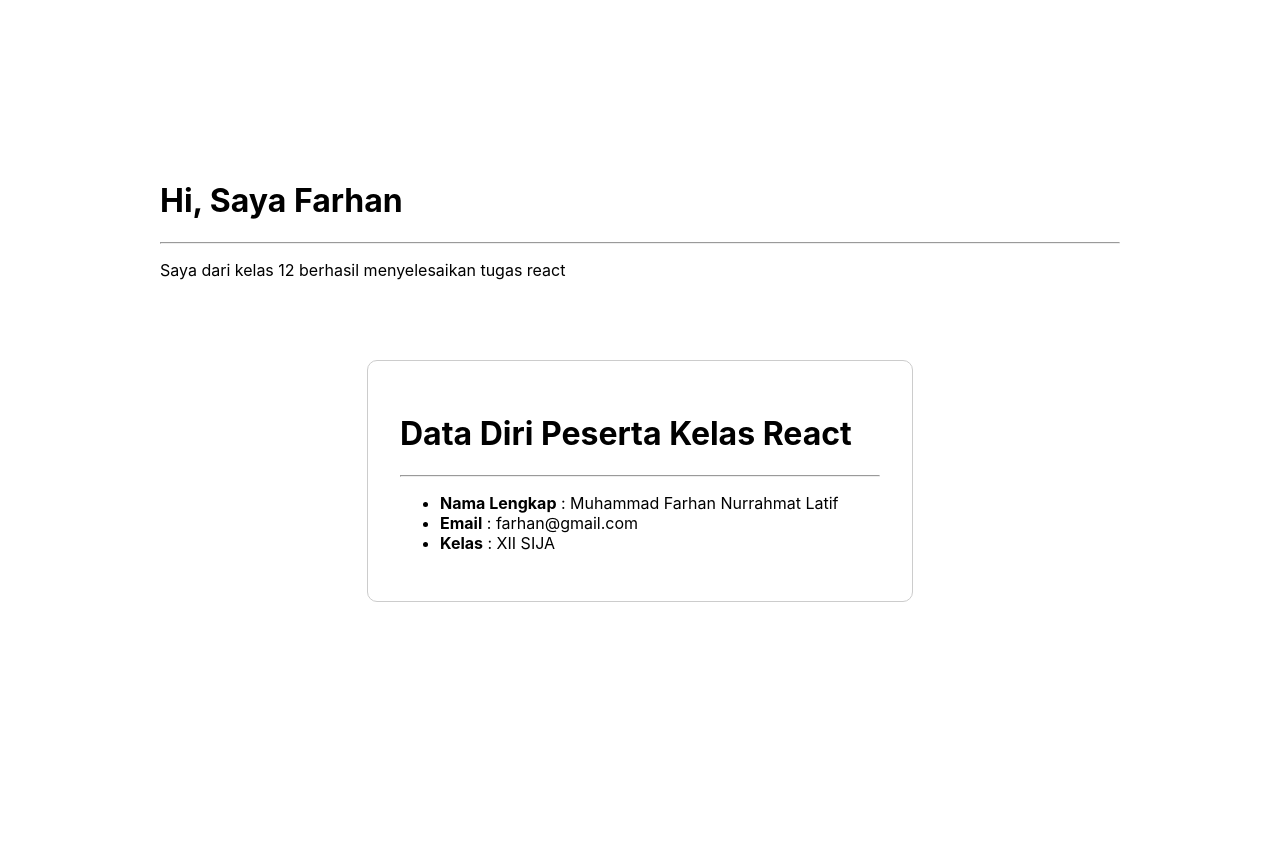
Repository: mfarhannr/Tugas-Reactjs_Farhan
Page: /
An editor plug-in stored every save of this project. The page is shown before and after the next save, followed by the edit.
The browser window is 1280 px wide. The pictures show the whole page.
The project was rebuilt for these pictures with package versions that can differ from the ones it lists, and the page was loaded fresh each time.

Above is the page before, as saved 2024-05-03 15:43:06.

### src/App.js
import './App.css';
import Tugas6 from "./tugas6/tugas6";
// import Welcome from "./WelcomeComponent";
import Tugas7 from './tugas7/tugas7';

function App() {
  return (
    <div className="App">
      <div className="Card6">
        <Tugas6 />
      </div>
      <div className="Card7">
        <Tugas7
          name="Muhammad Farhan Nurrahmat Latif"
          email="farhan@gmail.com"
          kelas="XII SIJA"
        />
      </div>
    </div>
  );
}

export default App;

### src/App.css
.App {
  padding: 10rem;
}

.Content {
  border: 1px solid #ccc;
  border-radius: 10px;
  padding: 2em;
  margin: 2em auto;
  width: 50%;
  box-shadow: 2px 3px 5px #888888;
}

span {
  font-size:bold;
}

.Card7 {
  border: 1px solid #ccc;
  border-radius: 10px;
  padding: 2em;
  margin: 5em auto;
  width: 50%;
}

.App-logo {
  height: 40vmin;
  pointer-events: none;
}

@media (prefers-reduced-motion: no-preference) {
  .App-logo {
    animation: App-logo-spin infinite 20s linear;
  }
}

.App-header {
  background-color: #282c34;
  min-height: 100vh;
  display: flex;
  flex-direction: column;
  align-items: center;
  justify-content: center;
  font-size: calc(10px + 2vmin);
  color: white;
}

.App-link {
  color: #61dafb;
}

@keyframes App-logo-spin {
  from {
    transform: rotate(0deg);
  }
  to {
    transform: rotate(360deg);
  }
}

### src/tugas6/tugas6.js
import React from "react";

function Tugas6() {
    return (
      <div className="Card1">
        <h1>Hi, Saya Farhan</h1>
        <hr></hr>
        <p>Saya dari kelas 12 berhasil menyelesaikan tugas react</p>
      </div>
    );
}

export default Tugas6;

### src/tugas7/tugas7.js
import React from "react";

function Tugas7(props) {
  return (
    <div className="Card1">
      <h1>Data Diri Peserta Kelas React</h1>
      <hr></hr>
      <ul>
        <li>
          <b>Nama Lengkap</b> : {props.name}
        </li>
        <li>
          <b>Email</b> : {props.email}
        </li>
        <li>
          <b>Kelas</b> : {props.kelas}
        </li>
      </ul>
    </div>
  );
}

export default Tugas7;

Loaded but not shown: public/index.html (common file); src/index.js (common file); src/index.css (common file); src/reportWebVitals.js (common file)

After the next save:
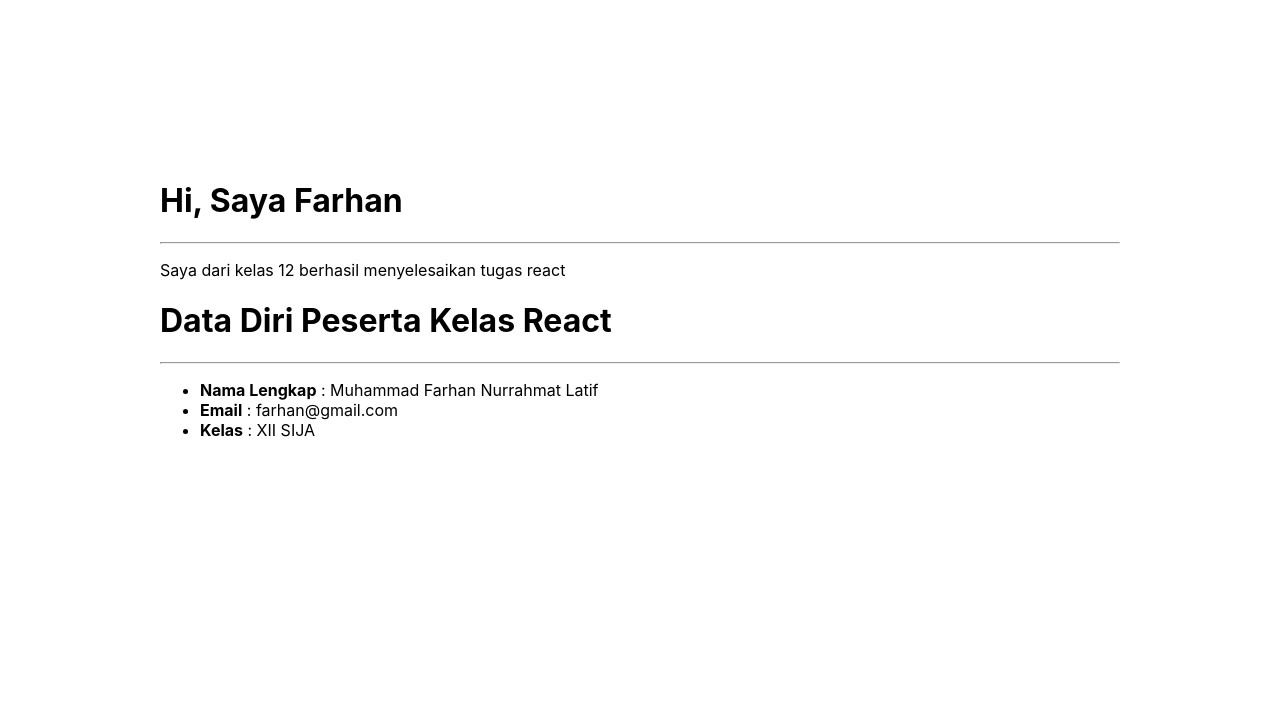
Saved 5 s later.
--- a/src/App.css
+++ b/src/App.css
@@ -15,13 +15,13 @@ span {
   font-size:bold;
 }
 
-.Card7 {
+/* .Card7 {
   border: 1px solid #ccc;
   border-radius: 10px;
   padding: 2em;
   margin: 5em auto;
   width: 50%;
-}
+} */
 
 .App-logo {
   height: 40vmin;
